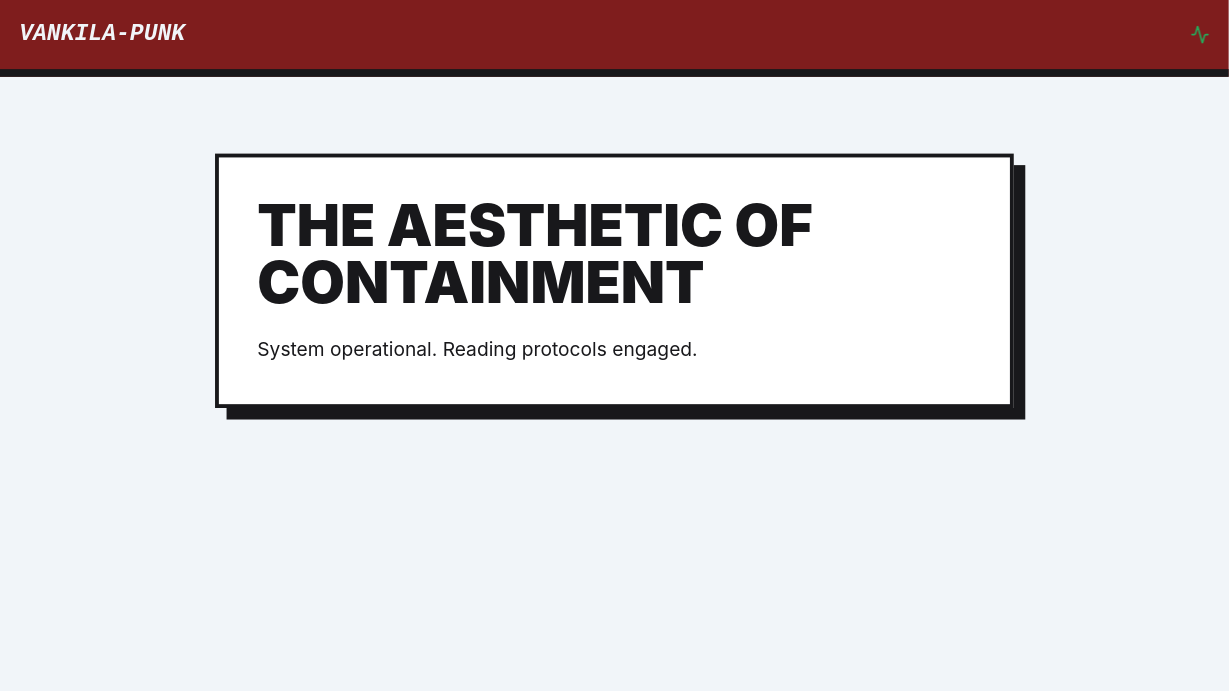
Repository: yoshimario/vankila-punk
Page: /
These files come from the project's save history. The page is drawn as it stood at one moment and after the next save; the edit follows.
The browser window is 1280 px wide. The pictures show the whole page, at 96% of full size.
The project was rebuilt for these pictures with package versions that can differ from the ones it lists, and the page was loaded fresh each time. Also part of the build but not shown: vite.config.ts.

Above is the page before, as saved 2026-03-24 00:09:19.

### index.html
<!doctype html>
<html lang="en">
  <head>
    <meta charset="UTF-8" />
    <link rel="icon" type="image/svg+xml" href="/favicon.svg" />
    <meta name="viewport" content="width=device-width, initial-scale=1.0" />
    <title>vankila-punk</title>
  </head>
  <body>
    <div id="root"></div>
    <script type="module" src="/src/main.tsx"></script>
  </body>
</html>

### src/index.css
@import "tailwindcss";

@theme {
  /* Samples from your VHL clothing photo */
  --color-vhl-grey: #94a3b8;
  /* The grey sweatshirt sleeves */
  --color-vhl-maroon: #7f1d1d;
  /* The oxblood/red yoke */
  --color-vhl-lead: #18181b;
  /* The high-contrast ink black */
  --color-vhl-linen: #f1f5f9;
  /* The soft institutional white */

  --font-mono: "JetBrains Mono", monospace;
  --font-sans: "Inter", sans-serif;
}

body {
  @apply bg-vhl-linen text-vhl-lead font-sans antialiased overflow-x-hidden;
}

/* Custom shadow for that 'Punk' look */
.punk-shadow {
  box-shadow: 8px 8px 0px 0px #18181b;
}

### src/App.tsx
// src/App.tsx
import { useState } from "react";
import { SolitaryDoor } from "./components/Intro/SolitaryDoor"; // Ensure this matches your file name
import { Activity, ShieldAlert } from "lucide-react";

export default function App() {
  const [isEntryComplete, setEntryComplete] = useState(false);

  return (
    <div className="min-h-screen bg-vhl-linen font-sans overflow-x-hidden">
      {/* FIX: Use !isEntryComplete so it shows at the start */}
      {!isEntryComplete && (
        <SolitaryDoor onComplete={() => setEntryComplete(true)} />
      )}

      {/* The rest of your site... */}
      <header className="bg-vhl-maroon text-vhl-linen p-5 border-b-8 border-vhl-lead flex justify-between items-center">
        <h1 className="font-mono font-black text-2xl uppercase italic">
          Vankila-Punk
        </h1>
        <Activity className="animate-pulse text-green-400" size={20} />
      </header>

      <main className="max-w-4xl mx-auto p-8 pt-20">
        <div className="bg-white border-4 border-vhl-lead p-10 shadow-[12px_12px_0px_0px_rgba(24,24,27,1)]">
          <h2 className="text-6xl font-black uppercase leading-none mb-6">
            The Aesthetic of Containment
          </h2>
          <p className="text-xl leading-relaxed">
            System operational. Reading protocols engaged.
          </p>
        </div>
      </main>
    </div>
  );
}

### src/components/Intro/SolitaryDoor.tsx
// src/components/Intro/SolitaryDoor.tsx
import { motion } from "framer-motion";
import { useEffect, useRef } from "react";

interface SolitaryDoorProps {
  onComplete: () => void;
}

// Rivet component for industrial detail
const Rivet = () => (
  <div className="w-3 h-3 rounded-full bg-black/40 shadow-inner" />
);

export const SolitaryDoor = ({ onComplete }: SolitaryDoorProps) => {
  const audioRef = useRef<HTMLAudioElement | null>(null);

  useEffect(() => {
    // 1. Initialize the sound on mount
    audioRef.current = new Audio("/gate-clank.mp3");
    audioRef.current.volume = 0.5;

    // 2. Play immediately. If the browser blocks it, it's okay.
    // The attempt registers it so it can play during the animation.
    audioRef.current.play().catch(() => {
      console.log("Audio awaiting user interaction.");
    });
  }, []);

  const handleAnimationStart = () => {
    // 3. Try playing again on animation start as a fallback
    audioRef.current?.play().catch(() => {});
  };

  return (
    // THE FRAME: Essential for 3D depth. Uses [perspective:2000px]
    <div className="fixed inset-0 z-50 flex overflow-hidden [perspective:2000px] bg-transparent pointer-events-none">
      {/* THE DOOR: A heavy steel plate using VHL-Grey */}
      <motion.div
        initial={{ rotateY: 0 }}
        animate={{ rotateY: -110 }} // Swing wide wide
        onAnimationStart={handleAnimationStart} // Try sound play
        onAnimationComplete={onComplete}
        transition={{
          duration: 3.5, // Slow, heavy move
          delay: 0.5, // A pause for suspense
          // Custom Bezier for overcoming inertia: slow start, deliberate swing, heavy slow down
          ease: [0.65, 0, 0.35, 1],
        }}
        // origin-left creates the hinge on the left side
        className="absolute inset-0 bg-vhl-grey border-l-[40px] border-y-[1px] border-vhl-lead origin-left relative shadow-2xl"
      >
        {/* Judas Eye (Spyhole) Detail */}
        <div className="absolute top-1/3 left-1/2 -translate-x-1/2 -translate-y-1/2 w-28 h-28 border-[12px] border-vhl-lead bg-vhl-lead shadow-[8px_8px_16px_0px_rgba(0,0,0,0.5)]">
          <div className="w-full h-full rounded-full border-4 border-vhl-lead shadow-inner flex items-center justify-center relative overflow-hidden">
            {/* The actual view (revealing content inside the circle) */}
            <div className="w-12 h-12 bg-transparent rounded-full border-2 border-vhl-lead" />

            {/* Sliding Cover (simulating image_2.png) */}
            <motion.div
              initial={{ x: 0 }}
              animate={{ x: "-100%" }}
              transition={{ duration: 1, delay: 0.8, ease: "easeInOut" }}
              className="absolute inset-0 bg-vhl-lead border-r-4 border-black/20"
            />
          </div>
        </div>

        {/* Industrial Detailing: Rivets and Plate Seams */}
        <div className="absolute inset-10 flex flex-col justify-between items-end border-r-2 border-vhl-lead/30 py-20 pr-10">
          <Rivet />
          <Rivet />
          <div className="h-0.5 w-60 bg-vhl-lead/40" />
          <Rivet />
          <Rivet />
        </div>

        {/* Thick Door Edge Highlight (to make it look thick when rotating) */}
        <div className="absolute top-0 right-0 h-full w-[2px] bg-black/5" />
      </motion.div>
    </div>
  );
};

Loaded but not shown: src/main.tsx (common file)

After the next save:
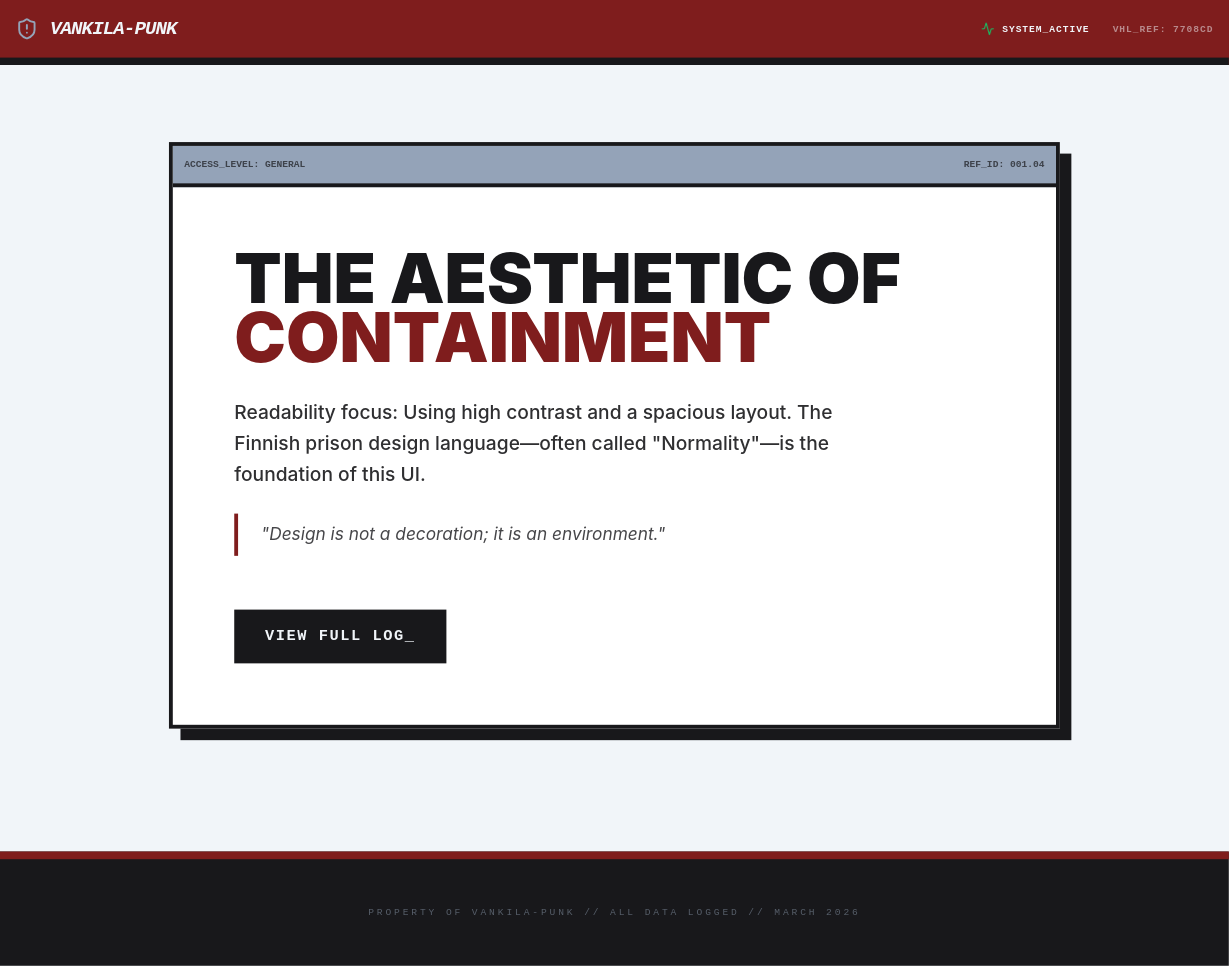
Saved 119 s later.
--- a/src/App.tsx
+++ b/src/App.tsx
@@ -1,36 +1,76 @@
-// src/App.tsx
 import { useState } from "react";
-import { SolitaryDoor } from "./components/Intro/SolitaryDoor"; // Ensure this matches your file name
-import { Activity, ShieldAlert } from "lucide-react";
+import { SolitaryDoor } from "./components/Intro/SolitaryDoor";
+import { ShieldAlert, Activity, FileText } from "lucide-react";
 
 export default function App() {
   const [isEntryComplete, setEntryComplete] = useState(false);
 
   return (
-    <div className="min-h-screen bg-vhl-linen font-sans overflow-x-hidden">
-      {/* FIX: Use !isEntryComplete so it shows at the start */}
+    <div className="min-h-screen bg-vhl-linen font-sans flex flex-col selection:bg-vhl-maroon selection:text-white">
+      {/* 1. THE DOOR: Only shows while entry is NOT complete */}
       {!isEntryComplete && (
         <SolitaryDoor onComplete={() => setEntryComplete(true)} />
       )}
 
-      {/* The rest of your site... */}
-      <header className="bg-vhl-maroon text-vhl-linen p-5 border-b-8 border-vhl-lead flex justify-between items-center">
-        <h1 className="font-mono font-black text-2xl uppercase italic">
-          Vankila-Punk
-        </h1>
-        <Activity className="animate-pulse text-green-400" size={20} />
+      {/* 2. THE HEADER: Matches the red 'yoke' top bar */}
+      <header className="bg-vhl-maroon text-vhl-linen p-4 border-b-8 border-vhl-lead flex justify-between items-center sticky top-0 z-40">
+        <div className="flex items-center gap-3">
+          <ShieldAlert size={24} className="text-vhl-grey" />
+          <h1 className="font-mono font-black text-xl tracking-tighter uppercase italic">
+            Vankila-Punk
+          </h1>
+        </div>
+        <div className="flex items-center gap-6 font-mono text-[10px] font-bold uppercase tracking-widest">
+          <span className="flex items-center gap-2">
+            <Activity size={14} className="animate-pulse text-green-400" />
+            System_Active
+          </span>
+          <span className="opacity-50">VHL_REF: 7708CD</span>
+        </div>
       </header>
 
-      <main className="max-w-4xl mx-auto p-8 pt-20">
-        <div className="bg-white border-4 border-vhl-lead p-10 shadow-[12px_12px_0px_0px_rgba(24,24,27,1)]">
-          <h2 className="text-6xl font-black uppercase leading-none mb-6">
-            The Aesthetic of Containment
-          </h2>
-          <p className="text-xl leading-relaxed">
-            System operational. Reading protocols engaged.
-          </p>
-        </div>
+      {/* 3. THE MAIN SITE: Restored to look like your screenshot */}
+      <main className="flex-grow max-w-5xl mx-auto w-full p-6 md:p-12 lg:pt-20">
+        <section className="bg-white border-4 border-vhl-lead shadow-[12px_12px_0px_0px_rgba(24,24,27,1)] overflow-hidden">
+          {/* Card Top Info Bar (Grey) */}
+          <div className="bg-vhl-grey p-3 border-b-4 border-vhl-lead flex justify-between font-mono text-[10px] font-black uppercase text-vhl-lead/70">
+            <span>Access_Level: General</span>
+            <span>Ref_ID: 001.04</span>
+          </div>
+
+          <div className="p-8 md:p-16">
+            <h2 className="text-5xl md:text-7xl font-black text-vhl-lead uppercase leading-[0.85] mb-8">
+              The Aesthetic of <br />
+              <span className="text-vhl-maroon">Containment</span>
+            </h2>
+
+            <div className="max-w-2xl space-y-6">
+              <p className="text-lg md:text-xl font-medium leading-relaxed text-vhl-lead/90">
+                Readability focus: Using high contrast and a spacious layout.
+                The Finnish prison design language—often called "Normality"—is
+                the foundation of this UI.
+              </p>
+
+              <div className="border-l-4 border-vhl-maroon pl-6 py-2">
+                <p className="italic text-vhl-lead/80 text-lg">
+                  "Design is not a decoration; it is an environment."
+                </p>
+              </div>
+
+              <div className="pt-8">
+                <button className="bg-vhl-lead text-vhl-linen px-8 py-4 font-mono font-bold uppercase tracking-widest hover:bg-vhl-maroon transition-colors flex items-center gap-3">
+                  View Full Log_
+                </button>
+              </div>
+            </div>
+          </div>
+        </section>
       </main>
+
+      {/* 4. THE FOOTER: Restored dark wide bar */}
+      <footer className="bg-vhl-lead text-vhl-grey/50 p-12 mt-20 font-mono text-[10px] uppercase tracking-[0.3em] text-center border-t-8 border-vhl-maroon">
+        Property of Vankila-Punk // All Data Logged // March 2026
+      </footer>
     </div>
   );
 }
